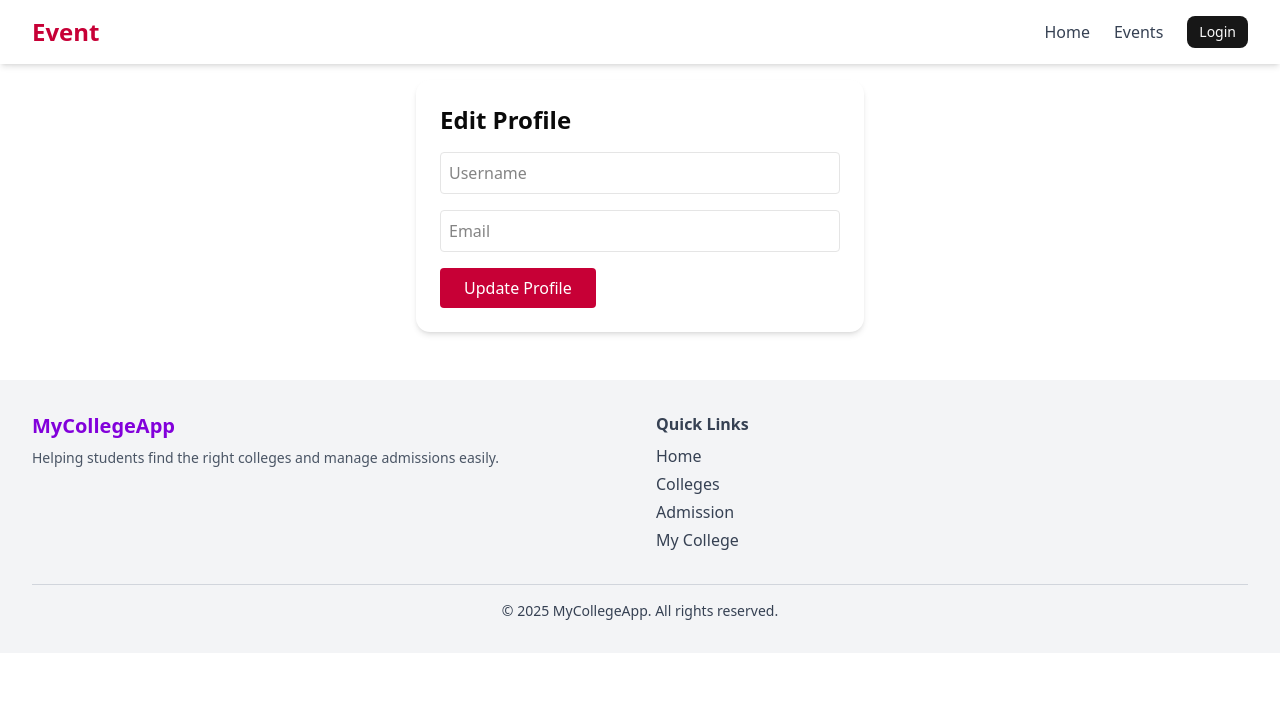
Repository: shshafin/event-client
Page: /profile/edit
These files come from the project's save history. The page is drawn as it stood at one moment and after a run of saves; the edit follows.
The browser window is 1280 px wide. The pictures show the whole page.
The page's requests for data from a server got no answer. The project was rebuilt for these pictures with package versions that can differ from the ones it lists, and the page was loaded fresh each time. The framework's server and built-in components were replaced by stand-ins that run in the browser. No one was signed in, and anything a server would have sent is missing. Also part of the build but not shown: next.config.ts, src/components/ui/dropdown-menu.tsx.

Above is the page before, as saved 2025-10-30 13:27:15.

After the next 2 saves:
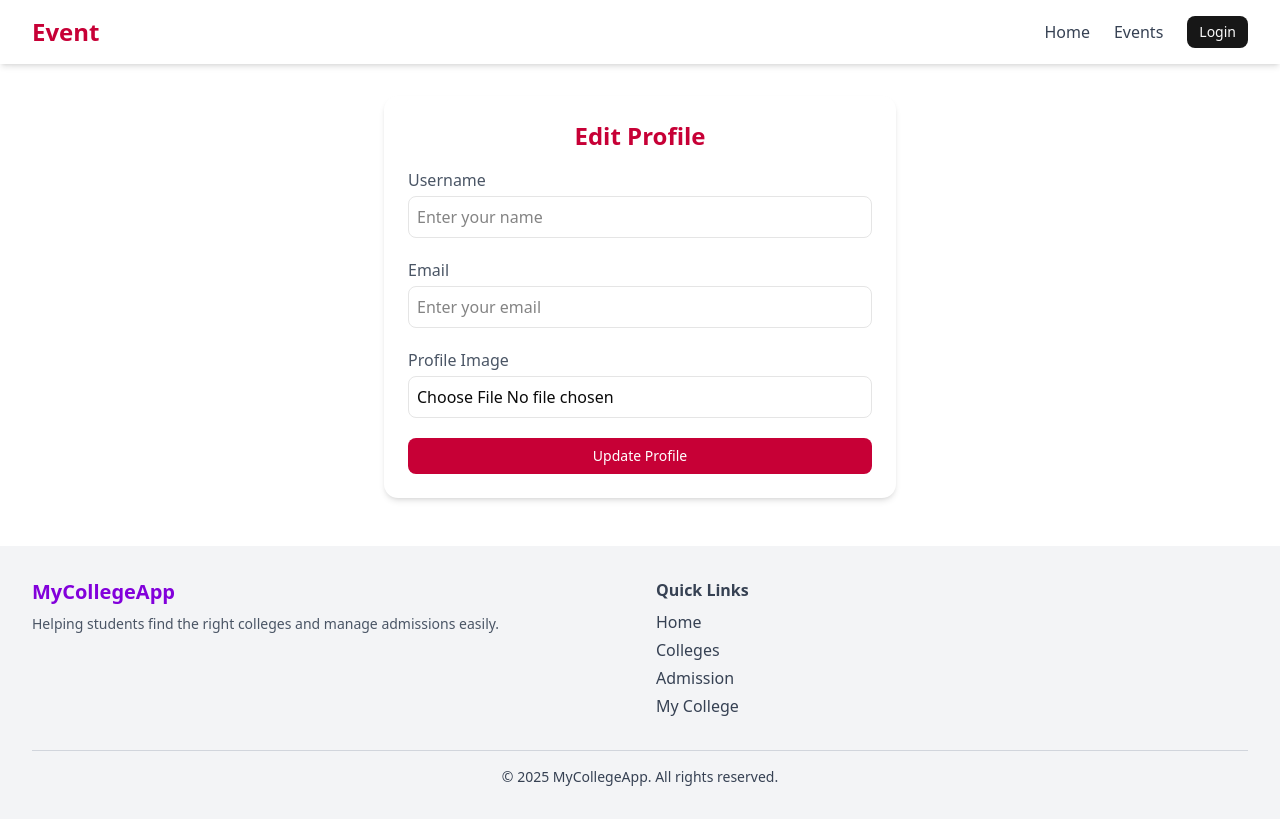
The 2 saves are shown as one change because they came seconds apart.
The last was saved 24 s later.
--- a/src/app/(withCommonLayout)/profile/edit/page.tsx
+++ b/src/app/(withCommonLayout)/profile/edit/page.tsx
@@ -1,55 +1,102 @@
 "use client";
 
+import { useState } from "react";
+import { useForm } from "react-hook-form";
+import { zodResolver } from "@hookform/resolvers/zod";
+import * as z from "zod";
 import { useUser } from "@/context/user.provider";
+import { Button } from "@/components/ui/button";
+import { toast } from "sonner";
 import { useUpdateUser } from "@/hooks/auth.hook";
-import { useState } from "react";
+
+// ✅ Validation Schema
+const updateUserSchema = z.object({
+  username: z.string().min(2, "Name is required"),
+  email: z.string().email("Invalid email"),
+  image: z.any().optional(),
+});
+
+type UpdateUserFormValues = z.infer<typeof updateUserSchema>;
 
 export default function EditProfilePage() {
-  const { user, setUser } = useUser();
-  const updateUserMutation = useUpdateUser();
+  const { user } = useUser();
+  const { mutateAsync, isPending } = useUpdateUser();
+  const [error, setError] = useState<string | null>(null);
 
-  const [username, setUsername] = useState(user?.username || "");
-  const [email, setEmail] = useState(user?.email || "");
+  const { register, handleSubmit, reset } = useForm<UpdateUserFormValues>({
+    resolver: zodResolver(updateUserSchema),
+    defaultValues: {
+      username: user?.username || "",
+      email: user?.email || "",
+    },
+  });
 
-  const handleUpdate = async () => {
-    if (!user) return;
+  const onSubmit = async (data: UpdateUserFormValues) => {
     try {
-      const updatedUser = await updateUserMutation.mutateAsync({
-        id: user.id,
-        userData: { username, email },
-      });
-      setUser(updatedUser); // ✅ UI auto refresh
-      alert("Profile updated!");
-    } catch (err) {
+      const formData = new FormData();
+      formData.append("username", data.username);
+      formData.append("email", data.email);
+      if (data.image && data.image[0]) {
+        formData.append("image", data.image[0]);
+      }
+
+      await mutateAsync({ id: user?._id, userData: formData });
+      toast.success("Profile updated successfully!");
+      reset();
+    } catch (err: any) {
       console.error(err);
-      alert("Update failed");
+      setError(err.message || "Failed to update profile");
     }
   };
 
   return (
-    <div className="max-w-md mx-auto mt-20 p-6 bg-white shadow-md rounded-xl">
-      <h2 className="text-2xl font-bold mb-4">Edit Profile</h2>
+    <div className="max-w-lg mx-auto mt-24 p-6 bg-white shadow-md rounded-xl">
+      <h2 className="text-2xl font-bold mb-4 text-rose-700 text-center">
+        Edit Profile
+      </h2>
 
-      <input
-        type="text"
-        value={username}
-        onChange={(e) => setUsername(e.target.value)}
-        className="border p-2 w-full mb-4 rounded"
-        placeholder="Username"
-      />
-      <input
-        type="email"
-        value={email}
-        onChange={(e) => setEmail(e.target.value)}
-        className="border p-2 w-full mb-4 rounded"
-        placeholder="Email"
-      />
+      <form
+        onSubmit={handleSubmit(onSubmit)}
+        className="space-y-5">
+        <div>
+          <label className="block text-gray-600 mb-1">Username</label>
+          <input
+            type="text"
+            {...register("username")}
+            className="w-full border rounded-md p-2"
+            placeholder="Enter your name"
+          />
+        </div>
 
-      <button
-        onClick={handleUpdate}
-        className="bg-rose-700 text-white px-6 py-2 rounded hover:bg-rose-800">
-        Update Profile
-      </button>
+        <div>
+          <label className="block text-gray-600 mb-1">Email</label>
+          <input
+            type="email"
+            {...register("email")}
+            className="w-full border rounded-md p-2"
+            placeholder="Enter your email"
+          />
+        </div>
+
+        <div>
+          <label className="block text-gray-600 mb-1">Profile Image</label>
+          <input
+            type="file"
+            accept="image/*"
+            {...register("image")}
+            className="w-full border rounded-md p-2"
+          />
+        </div>
+
+        {error && <p className="text-red-500 text-sm">{error}</p>}
+
+        <Button
+          type="submit"
+          disabled={isPending}
+          className="w-full bg-rose-700 hover:bg-rose-800 text-white">
+          {isPending ? "Updating..." : "Update Profile"}
+        </Button>
+      </form>
     </div>
   );
 }
